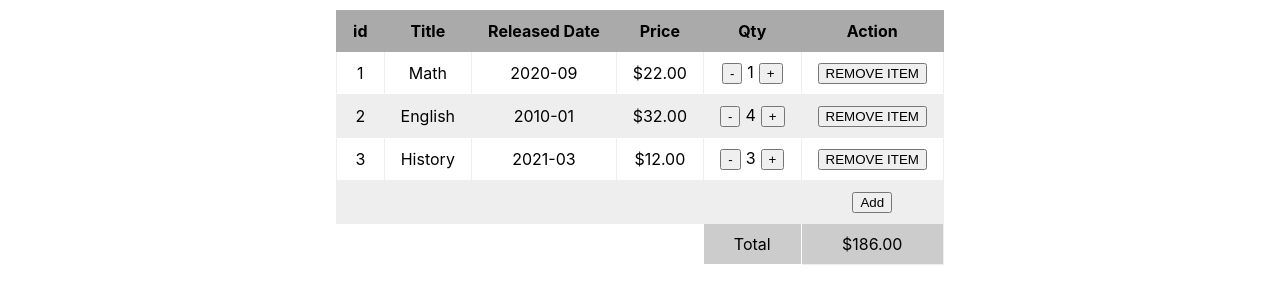
Repository: vgg1kkh/myBookStoreBasket
Page: /
An editor plug-in stored every save of this project. The page is shown before and after the next save, followed by the edit.
The browser window is 1280 px wide. The pictures show the whole page.
The project was rebuilt for these pictures with package versions that can differ from the ones it lists, and the page was loaded fresh each time.

Above is the page before, as saved 2021-10-07 21:15:48.

After the next save:
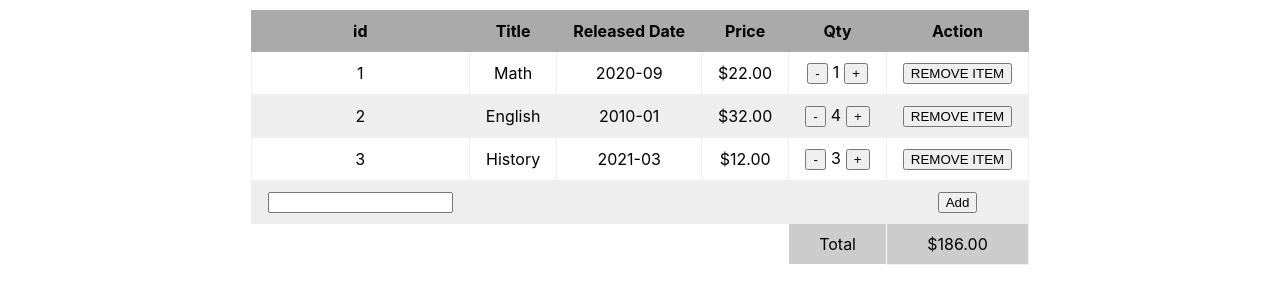
Saved 4 s later.
--- a/src/App.js
+++ b/src/App.js
@@ -105,7 +105,7 @@ export default class App extends Component {
                 ? this.renderBooks()
                 : this.renderEmyptTip()}
               <tr>
-                <td></td>
+                <td><input></input></td>
                 <td></td>
                 <td></td>
                 <td></td>
